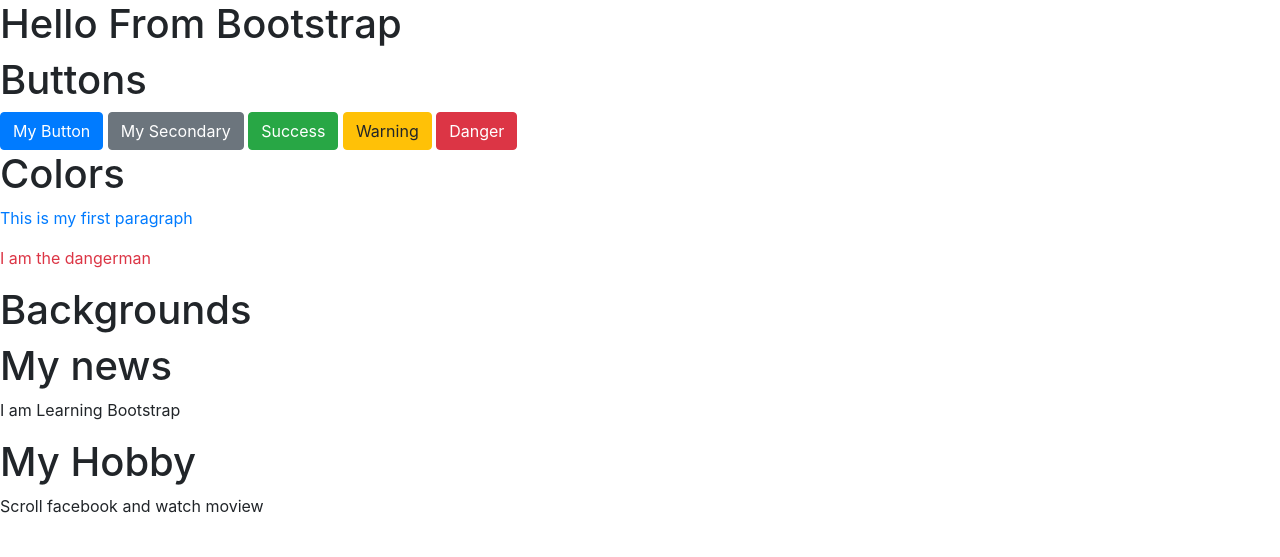
Repository: mohsinfarabi/bootstrap-practice
Page: index.html
An editor plug-in stored every save of this project. The page is shown before and after the next save, followed by the edit.
The browser window is 1280 px wide. The pictures show the whole page.

Above is the page before, as saved 2020-07-06 02:52:36.

After the next save:
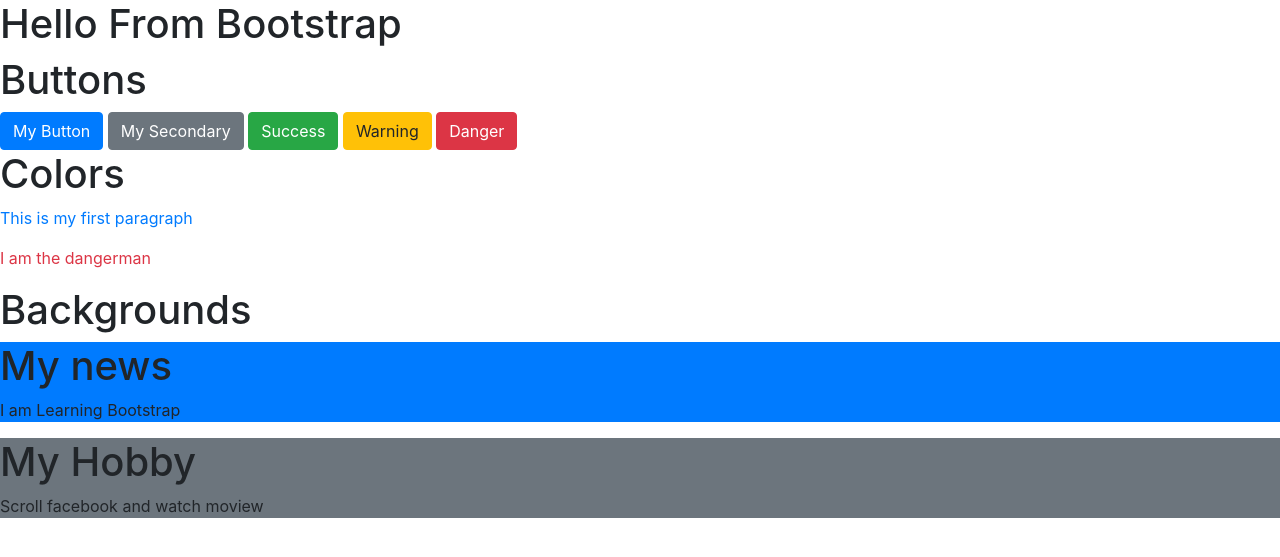
Saved 40 s later.
--- a/index.html
+++ b/index.html
@@ -22,11 +22,11 @@
     <p class="text-danger">I am the dangerman</p>
 
     <h1>Backgrounds</h1>
-    <div>
+    <div class="bg-primary">
         <h1>My news</h1>
         <p>I am Learning Bootstrap</p>
     </div>
-    <div>
+    <div class="bg-secondary">
         <h1>My Hobby</h1>
         <p>Scroll facebook and watch moview</p>
     </div>
